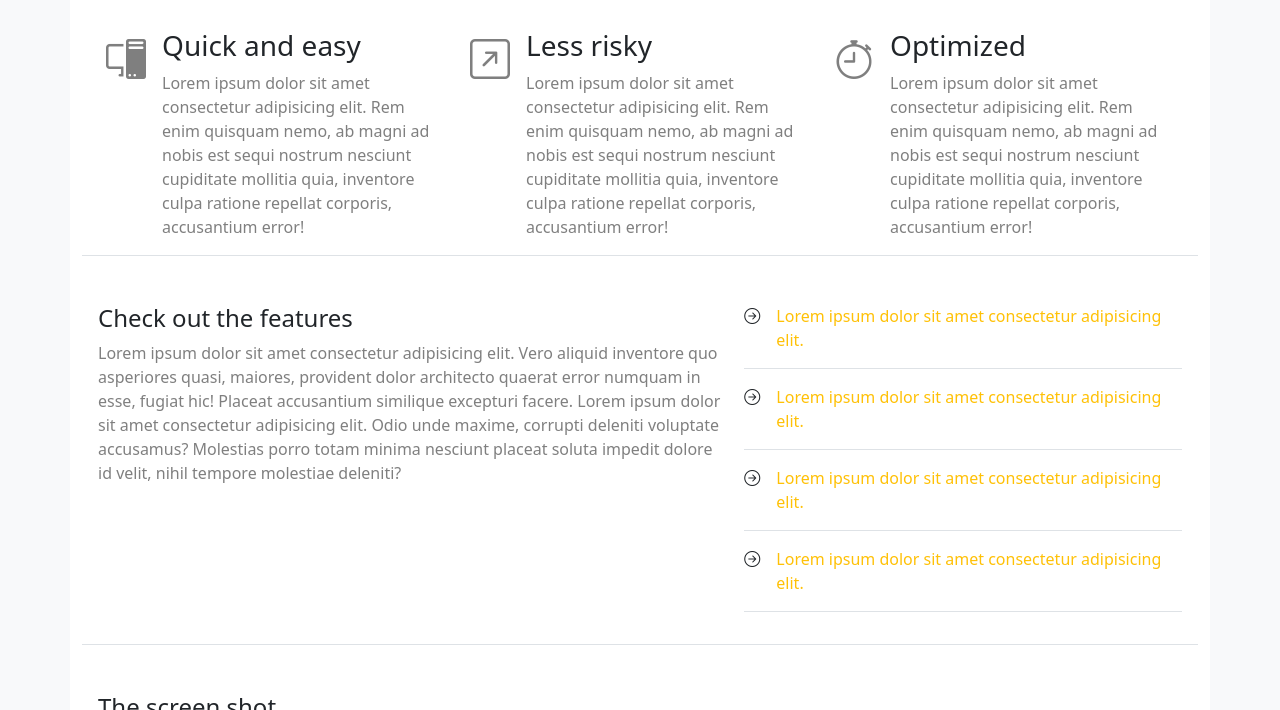
Repository: lyvandat/dh---bootstrap1
Page: index.html
The author's editor kept a copy of each file at every save. The page is drawn from the files as they stood at one save, then again after the next save.
The browser window is 1280 px wide. The pictures show the part of the page from y = 543 to 1253 px (the page is 1463 px tall before and 1511 px after).
A picture or video elsewhere on the page could not be fetched, so the positions and the page height are approximate. Some web libraries are served in a nearby version.

Above is the page before, as saved 2022-11-01 21:05:32.

### index.html
<!DOCTYPE html>
<html lang="en">
  <head>
    <!-- Required meta tags -->
    <meta charset="utf-8" />
    <meta name="viewport" content="width=device-width, initial-scale=1" />

    <!-- Bootstrap CSS -->
    <link
      href="https://cdn.jsdelivr.net/npm/bootstrap@5.0.2/dist/css/bootstrap.min.css"
      rel="stylesheet"
      integrity="sha384-EVSTQN3/azprG1Anm3QDgpJLIm9Nao0Yz1ztcQTwFspd3yD65VohhpuuCOmLASjC"
      crossorigin="anonymous"
    />
    <link
      rel="stylesheet"
      href="https://cdn.jsdelivr.net/npm/bootstrap-icons@1.9.1/font/bootstrap-icons.css"
    />
    <link rel="stylesheet" href="./default.css">
    <title>Hello, world!</title>
  </head>
  <body class="bg-light">
    <div class="container bg-white">
      <section
        class="container align-items-center bg-white border-bottom border-gray py-4"
      >
        <div class="row px-0">
          <div class="col-2 d-inline-flex">
            <i class="bi bi-activity fs-3"></i>
            <h2>Target</h2>
          </div>
          <div class="col-6 d-flex align-items-center">
            <div class="text-gray font-style-italic text-black-50 fw-bold">
              Premium landing page templates
            </div>
          </div>
          <div class="col-3 d-flex align-items-center">
            <h3 class="fs-5">Call Now!: 1-800-123-456</h3>
          </div>
        </div>
      </section>

      <!-- intro -->
      <div class="border-bottom border-gray">
      <section class="px-3 row mt-5 d-flex align-items-stretch border-bottom border-gray pb-5">
        <div class="col-6 d-flex flex-column justify-content-between">
          <h2>The perfect way to convert your traffic into sales</h2>
          <article class="text-black-50">
            Lorem ipsum dolor sit amet consectetur adipisicing elit. Incidunt
            voluptatibus non itaque, ut aperiam necessitatibus rem impedit
            cupiditate. Eius perferendis ipsam impedit deserunt repellat
            reiciendis, error ducimus eum ratione iusto.
            <br></br>
            cupiditate. Eius perferendis ipsam impedit deserunt repellat
            reiciendis, error ducimus eum ratione iusto.
          </article>
          <div class="d-flex justify-content-center align-items-center mt-4">
            <button
              class="btn rounded-pill bg-warning bg-gradient border border-black fs-4 px-3 py-2"
            >
              Purchase now
            </button>
            <span class="d-block mx-4 fw-bold fs-6">Or</span>
            <button
              class="btn rounded-pill bg-light bg-gradient border border-black fs-4 px-3 py-2"
            >
              Take a tour
            </button>
          </div>
        </div>
        <div class="col-6">
          <img
            class="mw-100 img"
            src="https://images.unsplash.com/photo-1448375240586-882707db888b?ixlib=rb-4.0.3&ixid=MnwxMjA3fDB8MHxwaG90by1wYWdlfHx8fGVufDB8fHx8&auto=format&fit=crop&w=1170&q=80"
          />
        </div>
      </section>
    </div>

    <div class="border-bottom border-gray mb-5">
      <section class="px-4 row text-black-50 mt-5">
        <div class="col-4 d-flex align-items-start">
          <i class="bi bi-pc-display fs-1"></i>
          <div class="ms-3">
            <h3 class="text-dark">Quick and easy</h3>
            <p class="fw-medium">Lorem ipsum dolor sit amet consectetur adipisicing elit. Rem enim quisquam nemo, ab magni ad nobis est sequi nostrum nesciunt cupiditate mollitia quia, inventore culpa ratione repellat corporis, accusantium error!</p>
          </div>
        </div>
        <div class="col-4 d-flex align-items-start">
          <i class="bi bi-arrow-up-right-square fs-1"></i>
          <div class="ms-3">
            <h3 class="text-dark">Less risky</h3>
            <p class="fw-medium">Lorem ipsum dolor sit amet consectetur adipisicing elit. Rem enim quisquam nemo, ab magni ad nobis est sequi nostrum nesciunt cupiditate mollitia quia, inventore culpa ratione repellat corporis, accusantium error!</p>
          </div>
        </div>
        <div class="col-4 d-flex align-items-start ">
          <i class="bi bi-stopwatch fs-1"></i>
          <div class="ms-3">
            <h3 class="text-dark">Optimized</h3>
            <p class="fw-medium">Lorem ipsum dolor sit amet consectetur adipisicing elit. Rem enim quisquam nemo, ab magni ad nobis est sequi nostrum nesciunt cupiditate mollitia quia, inventore culpa ratione repellat corporis, accusantium error!</p>
          </div>
        </div>
      </section>
    </div>


    <div class="border-bottom border-gray mt-5">
      <section class="row px-3 ">
        <div class="col-7"><h4>Check out the features</h4><p class="text-black-50 fw-medium">Lorem ipsum dolor sit amet consectetur adipisicing elit. Vero aliquid inventore quo asperiores quasi, maiores, provident dolor architecto quaerat error numquam in esse, fugiat hic! Placeat accusantium similique excepturi facere. Lorem ipsum dolor sit amet consectetur adipisicing elit. Odio unde maxime, corrupti deleniti voluptate accusamus? Molestias porro totam minima nesciunt placeat soluta impedit dolore id velit, nihil tempore molestiae deleniti?</p></div>
        <ul class="col-5">
          <li class="fs-6 d-flex border-bottom border-gray mb-3">
            <i class="bi bi-arrow-right-circle"></i>
            <p class="text-warning ms-3">Lorem ipsum dolor sit amet consectetur adipisicing elit.</p>
          </li>
          <li class="fs-6 d-flex border-bottom border-gray mb-3">
            <i class="bi bi-arrow-right-circle"></i>
            <p class="text-warning ms-3">Lorem ipsum dolor sit amet consectetur adipisicing elit.</p>
          </li>
          <li class="fs-6 d-flex border-bottom border-gray mb-3">
            <i class="bi bi-arrow-right-circle"></i>
            <p class="text-warning ms-3">Lorem ipsum dolor sit amet consectetur adipisicing elit.</p>
          </li>
          <li class="fs-6 d-flex border-bottom border-gray mb-3">
            <i class="bi bi-arrow-right-circle"></i>
            <p class="text-warning ms-3">Lorem ipsum dolor sit amet consectetur adipisicing elit.</p>
          </li>
        </ul>
      </section>
    </div>

    <div class="border-bottom border-gray mt-5">
      <h4 class="px-3">The screen shot</h4>
      <section class="row px-3">
        <div class="col-3">
          <img
            class="mw-100 img"
            src="https://images.unsplash.com/photo-1448375240586-882707db888b?ixlib=rb-4.0.3&ixid=MnwxMjA3fDB8MHxwaG90by1wYWdlfHx8fGVufDB8fHx8&auto=format&fit=crop&w=1170&q=80"
          />
        </div>
        <div class="col-3">
          <img
            class="mw-100 img"
            src="https://images.unsplash.com/photo-1448375240586-882707db888b?ixlib=rb-4.0.3&ixid=MnwxMjA3fDB8MHxwaG90by1wYWdlfHx8fGVufDB8fHx8&auto=format&fit=crop&w=1170&q=80"
          />
        </div>
        <div class="col-3">
          <img
            class="mw-100 img"
            src="https://images.unsplash.com/photo-1448375240586-882707db888b?ixlib=rb-4.0.3&ixid=MnwxMjA3fDB8MHxwaG90by1wYWdlfHx8fGVufDB8fHx8&auto=format&fit=crop&w=1170&q=80"
          />
        </div>
        <div class="col-3">
          <img
            class="mw-100 img"
            src="https://images.unsplash.com/photo-1448375240586-882707db888b?ixlib=rb-4.0.3&ixid=MnwxMjA3fDB8MHxwaG90by1wYWdlfHx8fGVufDB8fHx8&auto=format&fit=crop&w=1170&q=80"
          />
        </div>
      </section>
    </div>
    </div>



    <!-- Option 1: Bootstrap Bundle with Popper -->
    <script
      src="https://cdn.jsdelivr.net/npm/bootstrap@5.0.2/dist/js/bootstrap.bundle.min.js"
      integrity="sha384-MrcW6ZMFYlzcLA8Nl+NtUVF0sA7MsXsP1UyJoMp4YLEuNSfAP+JcXn/tWtIaxVXM"
      crossorigin="anonymous"
    ></script>
  </body>
</html>

Loaded but not shown: default.css (empty)

After the next save:
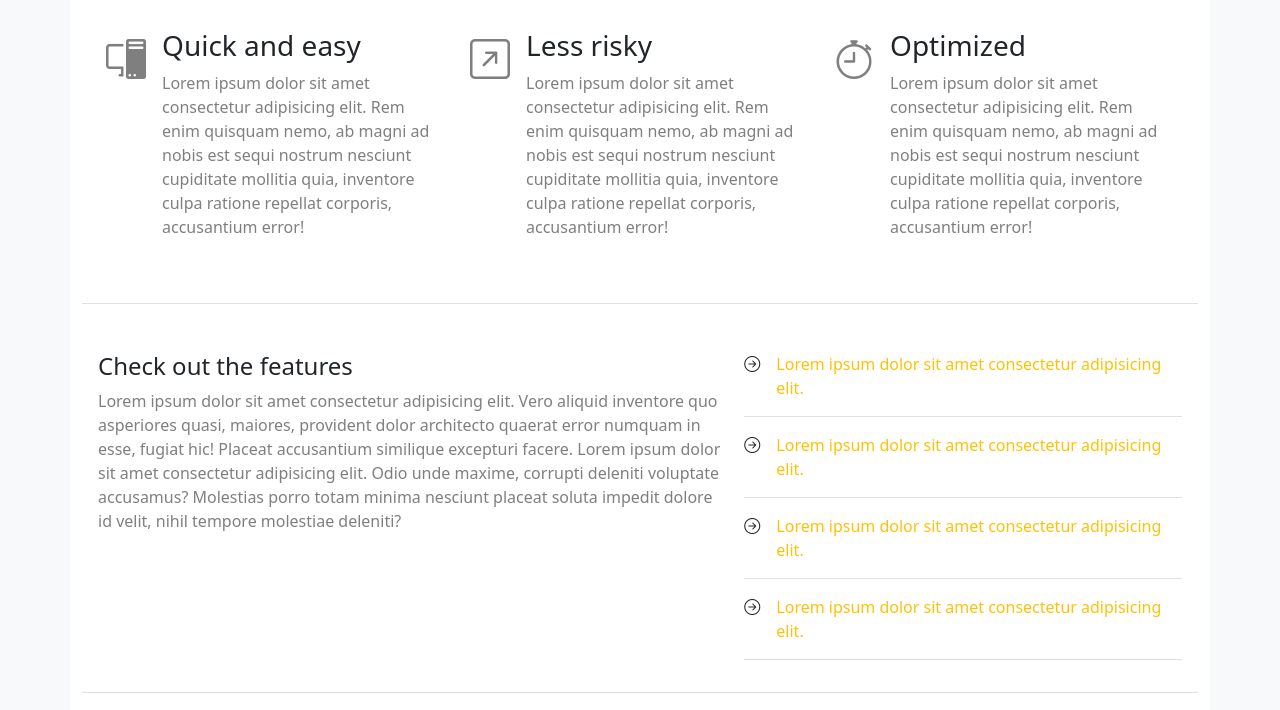
Saved 5 s later.
--- a/index.html
+++ b/index.html
@@ -77,7 +77,7 @@
       </section>
     </div>
 
-    <div class="border-bottom border-gray mb-5">
+    <div class="border-bottom border-gray pb-5">
       <section class="px-4 row text-black-50 mt-5">
         <div class="col-4 d-flex align-items-start">
           <i class="bi bi-pc-display fs-1"></i>
